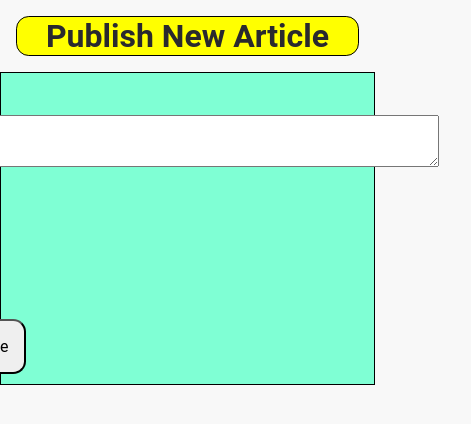
Repository: batmit/publish_articles
Page: /publish
The author's editor kept a copy of each file at every save. The page is drawn from the files as they stood at one save, then again after the next save.
The browser window is 375 px wide. The page is 471 px wide, then 375 px, so the pictures cover 471 px, including what lies to the right of the window. The pictures show the whole page.
The project was rebuilt for these pictures with package versions that can differ from the ones it lists, and the page was loaded fresh each time. Also part of the build but not shown: src/pages/articles.tsx, src/pages/article.tsx, src/pages/Home.tsx.

Above is the page before, as saved 2021-06-29 18:44:30.

After the next save:
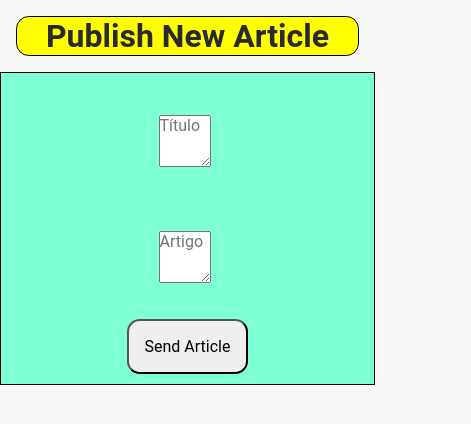
Saved 20 s later.
--- a/src/styles/global.scss
+++ b/src/styles/global.scss
@@ -70,6 +70,11 @@ form {
             width: 50px;
             height: 50px;
         }
+
+        .title {
+            width: 50px;
+            height: 50px;
+        }
     }
 
 }
